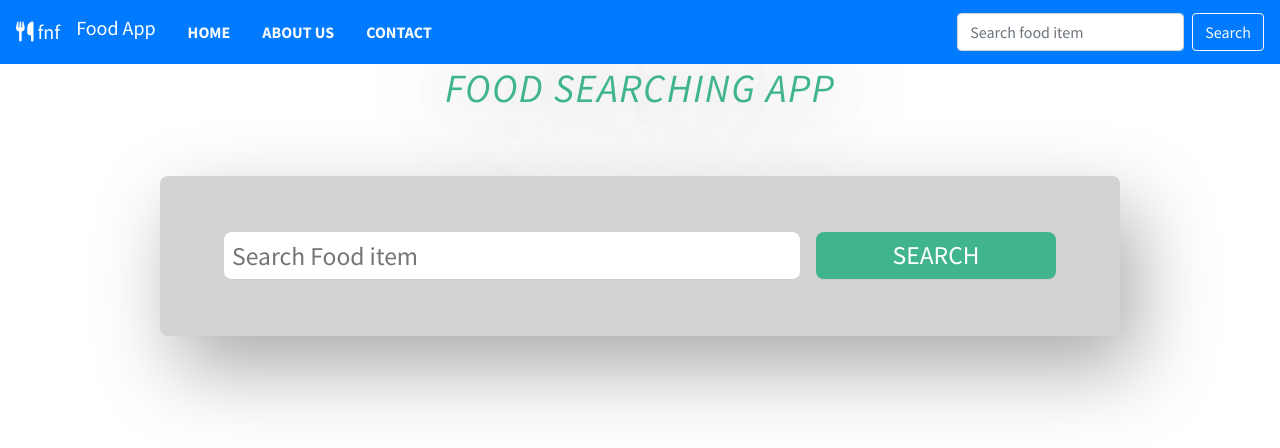
Repository: priyavmehta/React-Food-Recipe-App
Page: /contact
These files come from the project's save history. The page is drawn as it stood at one moment and after the next save; the edit follows.
The browser window is 1280 px wide. The pictures show the whole page.
Some web libraries are served in a nearby version. The project was rebuilt for these pictures with package versions that can differ from the ones it lists, and the page was loaded fresh each time. Also part of the build but not shown: src/Components/RecipeDetails.js, src/Components/Recipe.js, src/Components/Alert.js.

Above is the page before, as saved 2020-07-11 23:02:53.

After the next save:
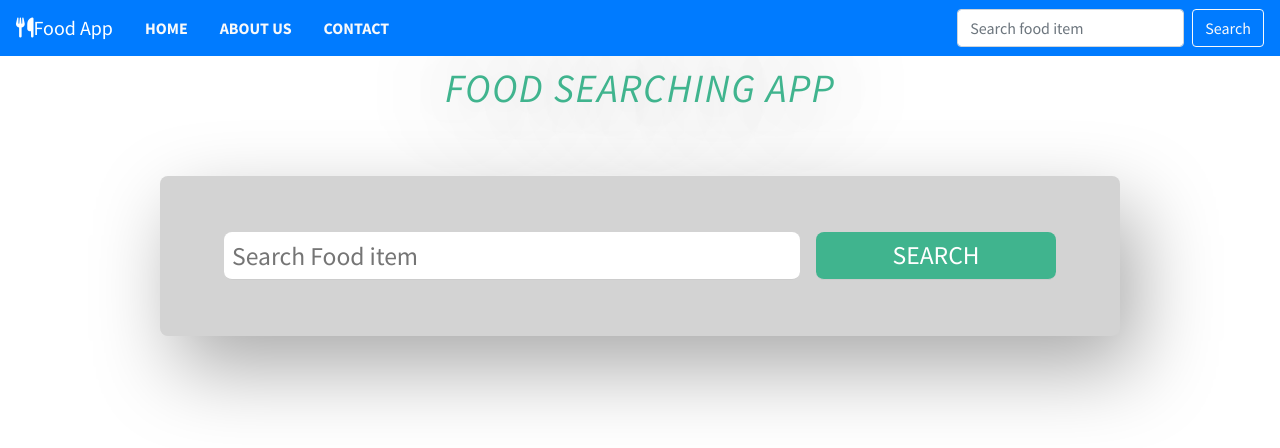
Saved 20 s later.
--- a/src/Components/Navbar.js
+++ b/src/Components/Navbar.js
@@ -6,8 +6,7 @@ const Navbar = ({icon, title}) => {
 
     return (
         <nav className="navbar navbar-expand-md navbar-dark bg-primary fixed-top">
-            <a className="navbar-brand" style = {{ color : "white"}}><i className="fas fa-utensils"></i> fnf</a>
-            <h3 className="navbar-brand">Food App</h3>
+            <a className="navbar-brand" style = {{ color : "white"}}><i className="fas fa-utensils"></i>Food App</a>
             <button type="button" className="navbar-toggler bg-light" data-toggle="collapse" data-target="#nav">
                 <span className="navbar-toggler-icon"></span>
             </button>
